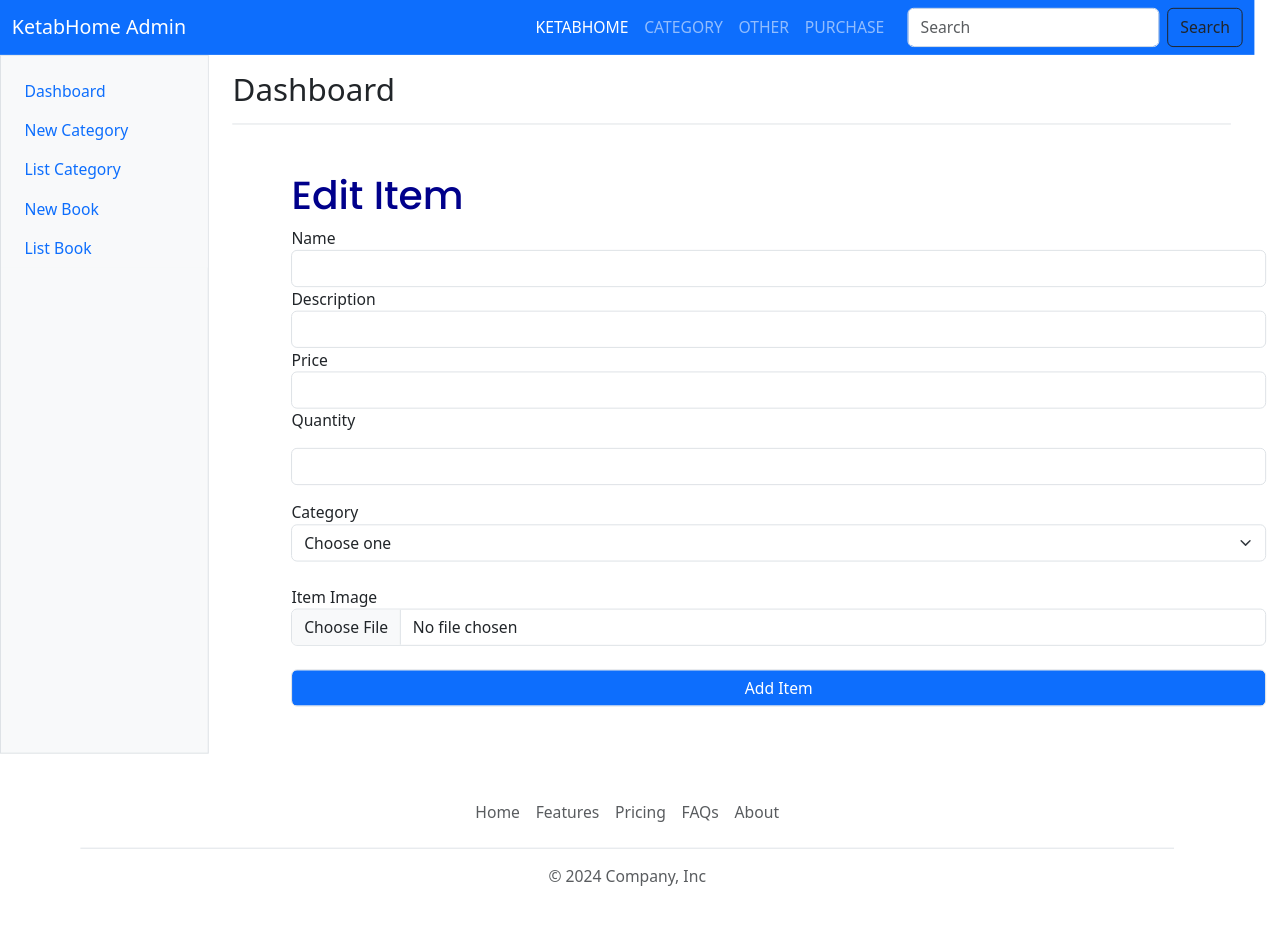
Repository: nyeinsu4520/coursera-test
Page: http://localhost/edit_item
These files come from the project's save history. The page is drawn as it stood at one moment and after the next save; the edit follows.
The browser window is 1280 px wide. The page is 1304 px wide, then 1280 px, so the pictures cover 1304 px, including what lies to the right of the window. The pictures show the whole page, at 98% of full size.
Some web fonts or font styles are not loaded; a fallback is used. The page is this project's Thymeleaf template; nobody is signed in. The template is opened directly, without the code that normally fills it, so the values that code supplies are empty.

Above is the page before, as saved 2024-05-31 07:43:00.

After the next save:
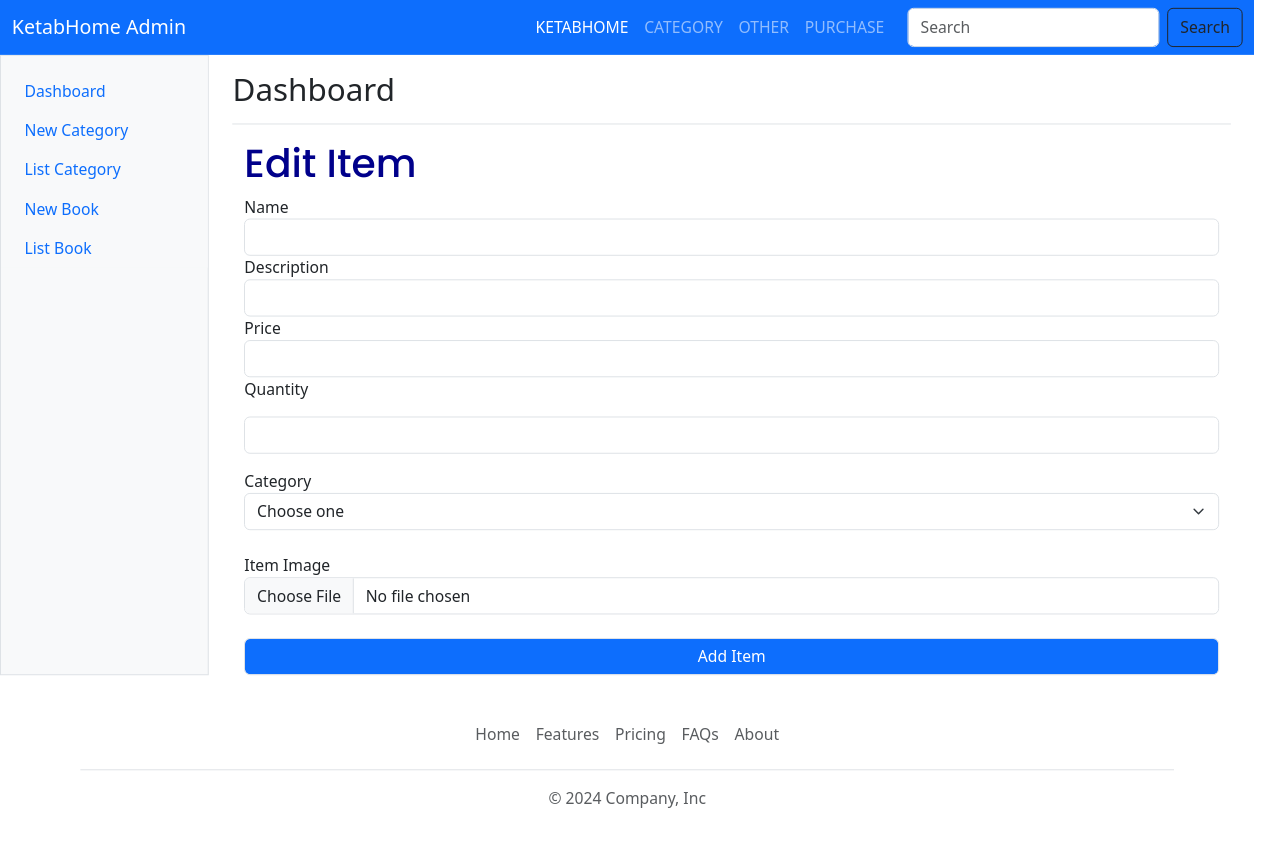
Saved 25 s later.
--- a/KetabHome/src/main/resources/templates/edit_item.html
+++ b/KetabHome/src/main/resources/templates/edit_item.html
@@ -66,7 +66,7 @@
         <h1 class="h2">Dashboard</h1>
 
            </div>
-<div class="container m-5">
+<div class="container ">
   <h1 style="font-family: 'Poppins', sans-serif; color:darkblue;">Edit Item</h1>
   <form th:object="${item}" th:action="@{/item/edit/{id} (id=${item.id})}" method="post" enctype="multipart/form-data">
   	<label>Name</label>
